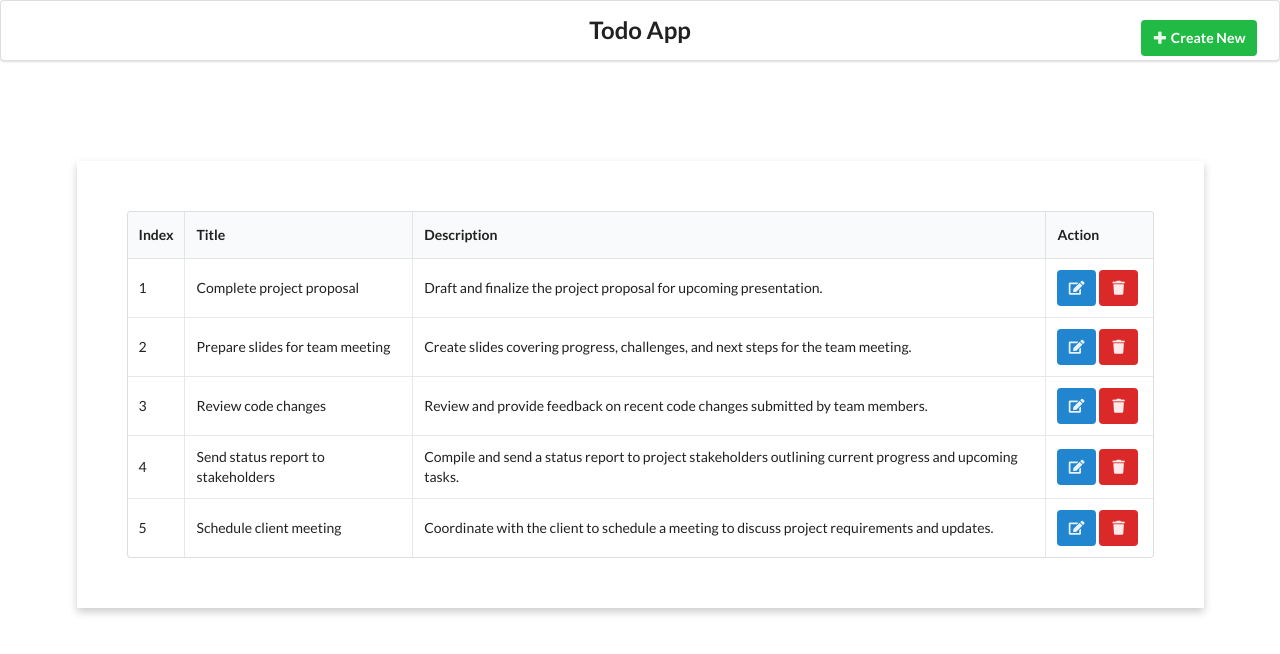
Repository: Wahid137/todo-app
Page: /
The author's editor kept a copy of each file at every save. The page is drawn from the files as they stood at one save, then again after a run of saves.
The browser window is 1280 px wide. The pictures show the whole page.
The project was rebuilt for these pictures with package versions that can differ from the ones it lists, and the page was loaded fresh each time. Also part of the build but not shown: src/App.css, src/index.css.

Above is the page before, as saved 2024-05-03 10:44:56.

### src/index.js
import React from 'react';
import ReactDOM from 'react-dom/client';
import 'semantic-ui-css/semantic.min.css';
import App from './App';
import './index.css';
import reportWebVitals from './reportWebVitals';

const root = ReactDOM.createRoot(document.getElementById('root'));
root.render(
  <React.StrictMode>
    <App />
  </React.StrictMode>
);

// If you want to start measuring performance in your app, pass a function
// to log results (for example: reportWebVitals(console.log))
// or send to an analytics endpoint. Learn more: https://bit.ly/CRA-vitals
reportWebVitals();

### src/App.js
import './App.css';
import TodoListPage from './components/TodoListPage';

function App() {
  return (
    <TodoListPage />
  );
}

export default App;

### src/components/TodoListPage.js
import React, { useState } from 'react';
import { Button, Container, Icon, Message, Segment, Table } from 'semantic-ui-react';
import initialTodos from "../data/todos.json";
import ConfirmationModal from './ConfirmationModal'; // Assuming both components are in the same directory

const TodoListPage = () => {
    const [todos, setTodos] = useState(initialTodos);
    const [deleteId, setDeleteId] = useState(null);
    const [openModal, setOpenModal] = useState(false);
    const [showMessage, setShowMessage] = useState(false);
    const [todoToDelete, setTodoToDelete] = useState(null);

    const handleDelete = (id, title) => {
        setDeleteId(id);
        setTodoToDelete(title);
        setOpenModal(true);
    };

    const handleConfirmDelete = () => {
        setTodos(todos.filter(todo => todo.id !== deleteId));
        setOpenModal(false);
        setShowMessage(true);
    };

    const handleCloseModal = () => {
        setOpenModal(false);
    };

    const handleDismissMessage = () => {
        setShowMessage(false);
    };

    const handleCreateNew = () => {
        // Add your logic for creating a new todo
    };

    return (
        <div>
            <Button icon color='green' onClick={handleCreateNew} style={{ position: 'absolute', right: '20px', top: '20px', zIndex: '1' }}>
                <Icon name='add' /> Create New
            </Button>
            <Segment style={{ marginTop: '20px', margin: 'auto' }}>
                <h2 style={{ textAlign: 'center' }}>Todo App</h2>
            </Segment>
            <Container style={{ boxShadow: '0 4px 8px 0 rgba(0, 0, 0, 0.2)', padding: '50px', marginTop: '100px', position: 'relative' }}>
                {showMessage &&
                    <Message
                        success
                        onDismiss={handleDismissMessage}
                        header='Success!'
                        content='Todo deleted successfully.'
                        style={{ position: 'absolute', top: '-70px', left: 0, right: 0, margin: 'auto', width: '100%', marginBottom: '20px' }}
                    />
                }
                <div>
                    {todos.length === 0 ? (
                        <Message
                            info
                            header='No Todos'
                            content='There are no todos to display.'
                        />
                    ) : (
                        <Table celled>
                            <Table.Header>
                                <Table.Row>
                                    <Table.HeaderCell>Index</Table.HeaderCell>
                                    <Table.HeaderCell>Title</Table.HeaderCell>
                                    <Table.HeaderCell>Description</Table.HeaderCell>
                                    <Table.HeaderCell>Action</Table.HeaderCell>
                                </Table.Row>
                            </Table.Header>

                            <Table.Body>
                                {todos.map((todo, index) => (
                                    <Table.Row key={todo.id}>
                                        <Table.Cell>{index + 1}</Table.Cell>
                                        <Table.Cell>{todo.title}</Table.Cell>
                                        <Table.Cell>{todo.description}</Table.Cell>
                                        <Table.Cell>
                                            <div style={{ display: 'flex', justifyContent: 'space-between' }}>
                                                <Button icon color='blue'>
                                                    <Icon name='edit' />
                                                </Button>
                                                <Button icon color='red' onClick={() => handleDelete(todo.id, todo.title)}>
                                                    <Icon name='trash' />
                                                </Button>
                                            </div>
                                        </Table.Cell>
                                    </Table.Row>
                                ))}
                            </Table.Body>
                        </Table>
                    )}
                </div>
            </Container>

            <ConfirmationModal
                open={openModal}
                onClose={handleCloseModal}
                onConfirm={handleConfirmDelete}
                todoTitle={todoToDelete}
            />
        </div>
    );
};

export default TodoListPage;

### src/data/todos.json
[
  {
    "id": 1,
    "title": "Complete project proposal",
    "description": "Draft and finalize the project proposal for upcoming presentation."
  },
  {
    "id": 2,
    "title": "Prepare slides for team meeting",
    "description": "Create slides covering progress, challenges, and next steps for the team meeting."
  },
  {
    "id": 3,
    "title": "Review code changes",
    "description": "Review and provide feedback on recent code changes submitted by team members."
  },
  {
    "id": 4,
    "title": "Send status report to stakeholders",
    "description": "Compile and send a status report to project stakeholders outlining current progress and upcoming tasks."
  },
  {
    "id": 5,
    "title": "Schedule client meeting",
    "description": "Coordinate with the client to schedule a meeting to discuss project requirements and updates."
  }
]

### src/components/ConfirmationModal.jsx
import React from "react";
import { Button, Modal } from "semantic-ui-react";

const ConfirmationModal = ({ open, onClose, onConfirm, todoTitle }) => {
  return (
    <Modal size="tiny" open={open} onClose={onClose}>
      <Modal.Header>Confirm Deletion</Modal.Header>
      <Modal.Content>
        <p>
          Are you sure you want to delete the todo "<strong>{todoTitle}</strong>
          "?
        </p>
      </Modal.Content>
      <Modal.Actions>
        <Button negative onClick={onClose}>
          Cancel
        </Button>
        <Button positive onClick={onConfirm}>
          Confirm
        </Button>
      </Modal.Actions>
    </Modal>
  );
};

export default ConfirmationModal;

Loaded but not shown: public/index.html (common file); src/reportWebVitals.js (common file)

After the next 3 saves:
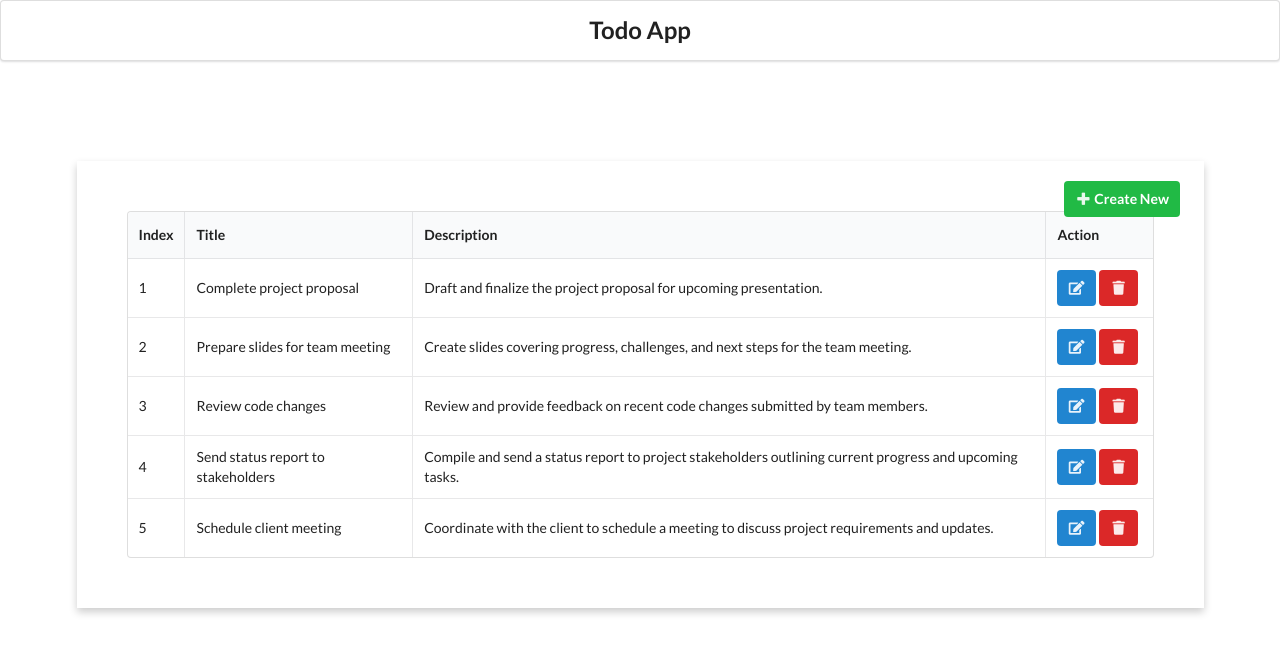
The 3 saves are shown as one change because they came seconds apart.
The last was saved 69 s later.
--- a/src/components/TodoListPage.js
+++ b/src/components/TodoListPage.js
@@ -36,13 +36,14 @@ const TodoListPage = () => {
 
     return (
         <div>
-            <Button icon color='green' onClick={handleCreateNew} style={{ position: 'absolute', right: '20px', top: '20px', zIndex: '1' }}>
-                <Icon name='add' /> Create New
-            </Button>
+
             <Segment style={{ marginTop: '20px', margin: 'auto' }}>
                 <h2 style={{ textAlign: 'center' }}>Todo App</h2>
             </Segment>
             <Container style={{ boxShadow: '0 4px 8px 0 rgba(0, 0, 0, 0.2)', padding: '50px', marginTop: '100px', position: 'relative' }}>
+                <Button icon color='green' onClick={handleCreateNew} style={{ position: 'absolute', right: '20px', top: '20px', zIndex: '1' }}>
+                    <Icon name='add' /> Create New
+                </Button>
                 {showMessage &&
                     <Message
                         success
